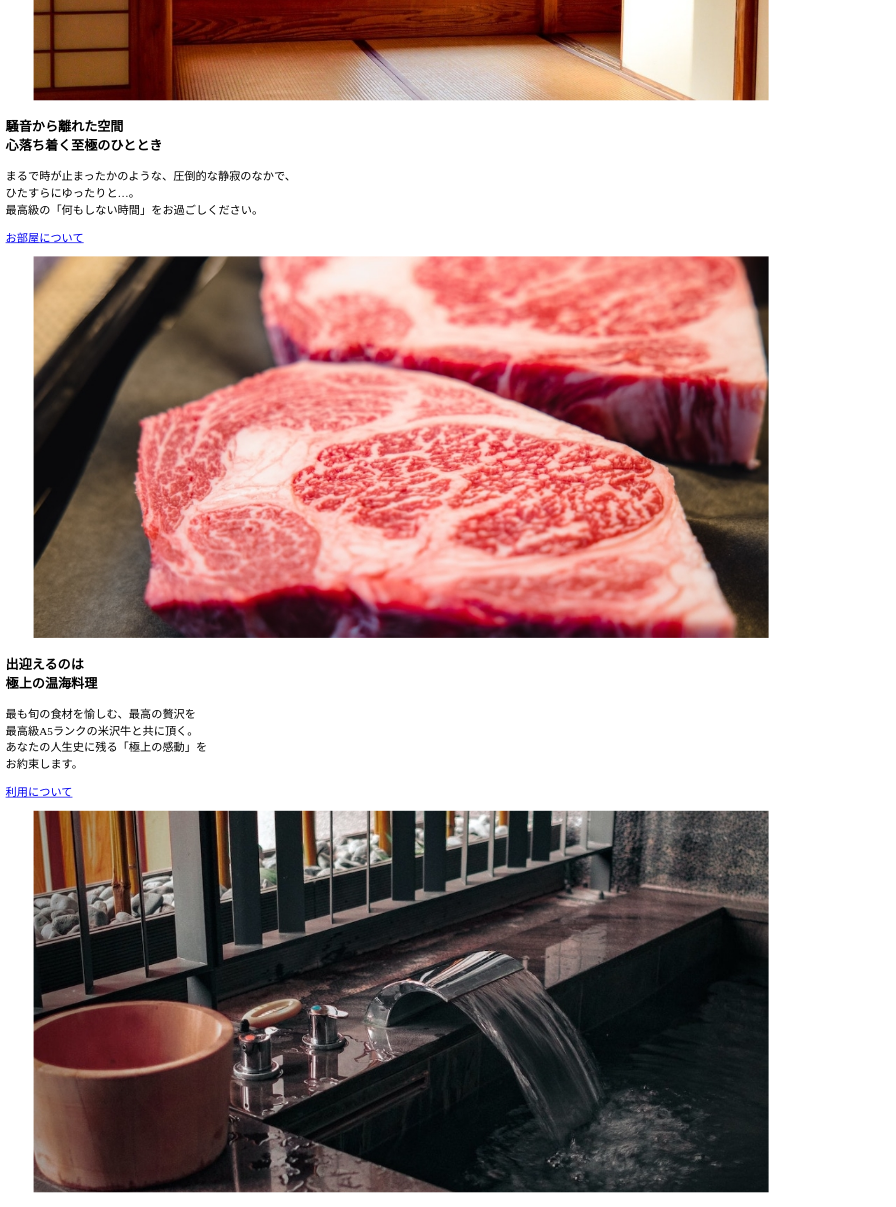
Repository: yuukiyokoyama/compex1
Page: index.html
These files come from the project's save history. The page is drawn as it stood at one moment and after the next save; the edit follows.
The browser window is 1280 px wide. The pictures show the part of the page from y = 1425 to 3345 px (the page is 3149 px tall before and 3345 px after), at 70% of full size.

Above is the page before, as saved 2021-09-17 00:19:02.

After the next save:
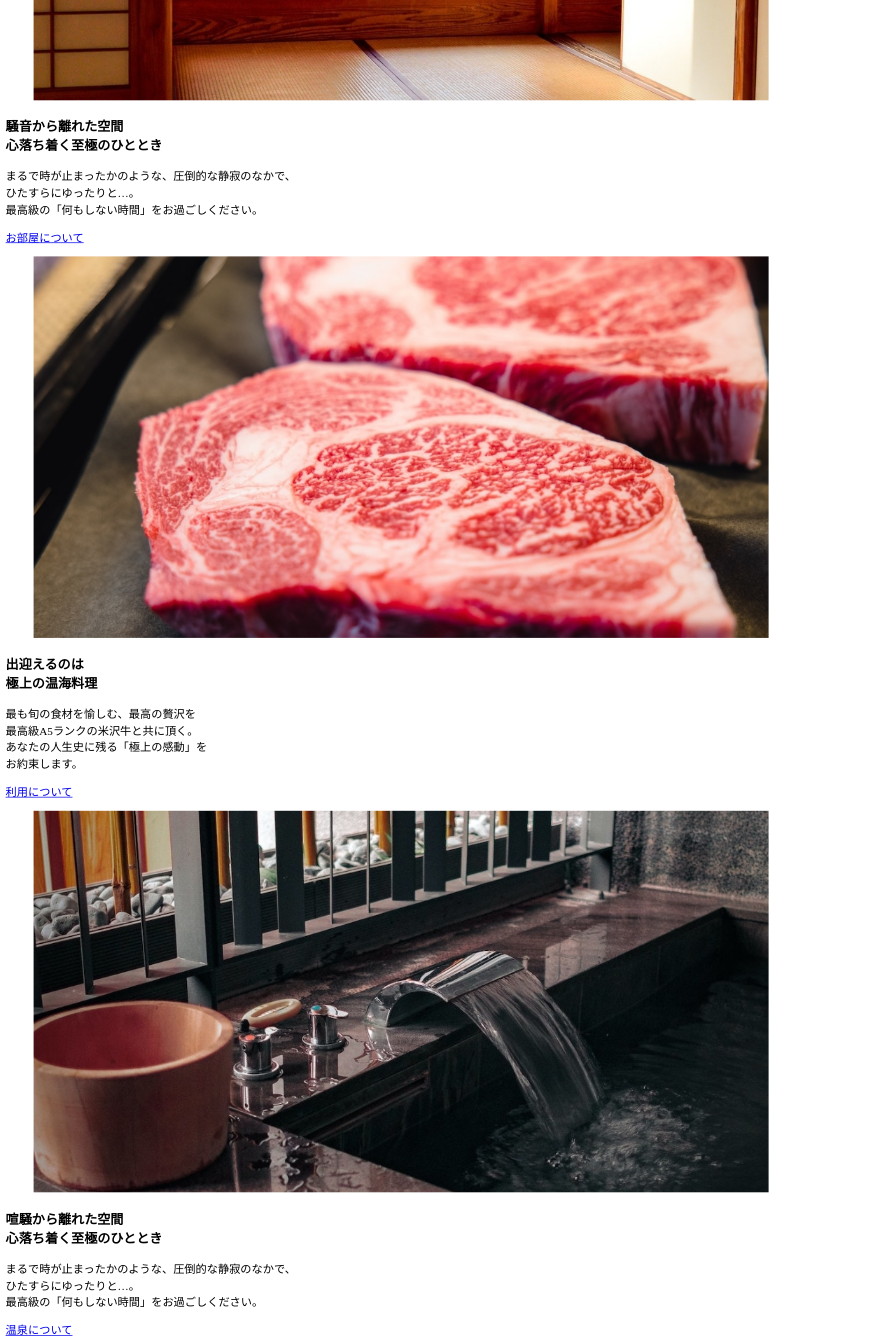
Saved 113 s later.
--- a/index.html
+++ b/index.html
@@ -214,7 +214,18 @@
               class="contents__body aos-init aos-animation"
               data-aos="fade-up"
               data-aos-duration="2000"
-            ></div>
+            >
+              <h3 class="content__title">
+                喧騒から離れた空間<br />
+                心落ち着く至極のひととき
+              </h3>
+              <p class="content__text">
+                まるで時が止まったかのような、圧倒的な静寂のなかで、<br />
+                ひたすらにゆったりと…。<br />
+                最高級の「何もしない時間」をお過ごしください。
+              </p>
+              <a href="hot-spring.html" class="contents__btn">温泉について</a>
+            </div>
           </div>
         </section>
         <section class="lodging-plan"></section>
